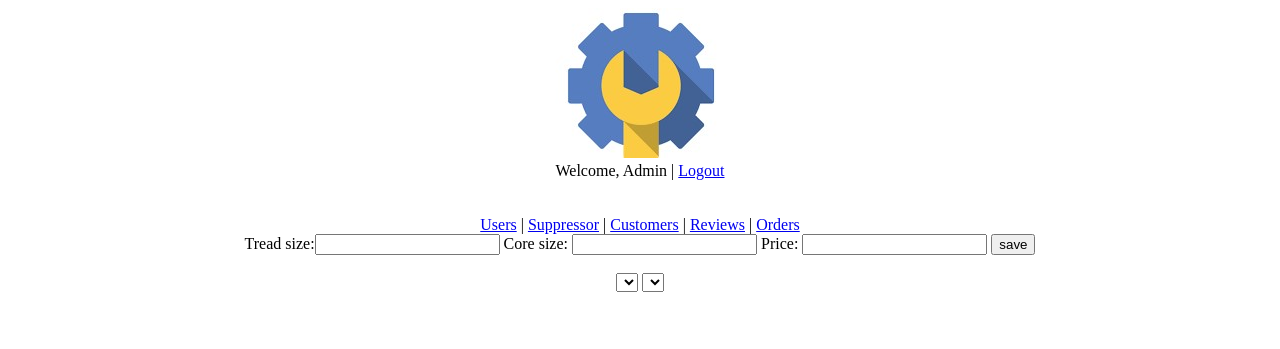
Repository: RezaEftekharzadeh/frey
Page: http://localhost/SilencerStoreProject/admin/silencer_form.jsp
These files come from the project's save history. The page is drawn as it stood at one moment and after the next save; the edit follows.
The browser window is 1280 px wide. The pictures show the whole page.
The page is served by Tomcat 9. Nobody is signed in. The application's start-up code is not run. Other server files are loaded and not shown.

Above is the page before, as saved 2020-08-05 07:49:42.

### SilencerStoreProject/WebContent/admin/silencer_form.jsp
<%@ page language="java" contentType="text/html; charset=ISO-8859-1"
    pageEncoding="ISO-8859-1"%>
<!DOCTYPE html>
<html>
<head>
<meta charset="ISO-8859-1">
<title>Insert title here</title>
</head>
<body>
<jsp:include page="header.jsp" />
	<div align="center">
		<form action="create_silencer">

			Tread size:<input type="text" >
			Core size: <input type="text">
			Price: <input type="text">
			<input type="submit" value="save">

			<br/><br/>

			<select>
				<option value>

			</select>

			<select>
				<option value>

			</select>

		</form>
	</div>

</body>
</html>

### SilencerStoreProject/WebContent/admin/header.jsp
<div align="center">

	<div >
		 <img src="../images/admin-page.jpg">
	</div>

	<div >
	  Welcome, Admin | <a href="logout">Logout</a>
	</div>
	<br><br>

	<div>
		<a href="list_users">Users</a> |
		<a href="suppressor">Suppressor</a> |
		<a href="customers">Customers</a> |
		<a href="reviews">Reviews</a> |
		<a href="orders">Orders</a>
	</div>
</div>

After the next save:
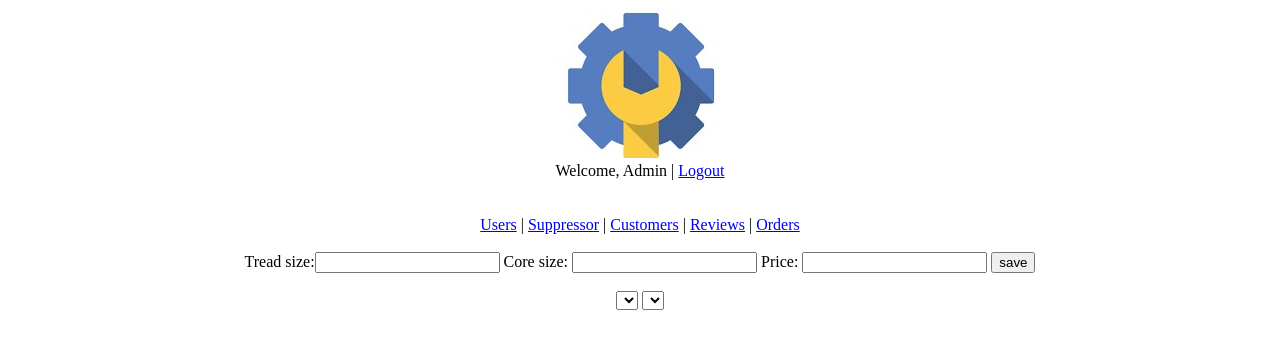
Saved 69 s later.
--- a/SilencerStoreProject/WebContent/admin/silencer_form.jsp
+++ b/SilencerStoreProject/WebContent/admin/silencer_form.jsp
@@ -8,6 +8,7 @@
 </head>
 <body>
 <jsp:include page="header.jsp" />
+&nbsp;&nbsp;&nbsp;
 	<div align="center">
 		<form action="create_silencer">
 
